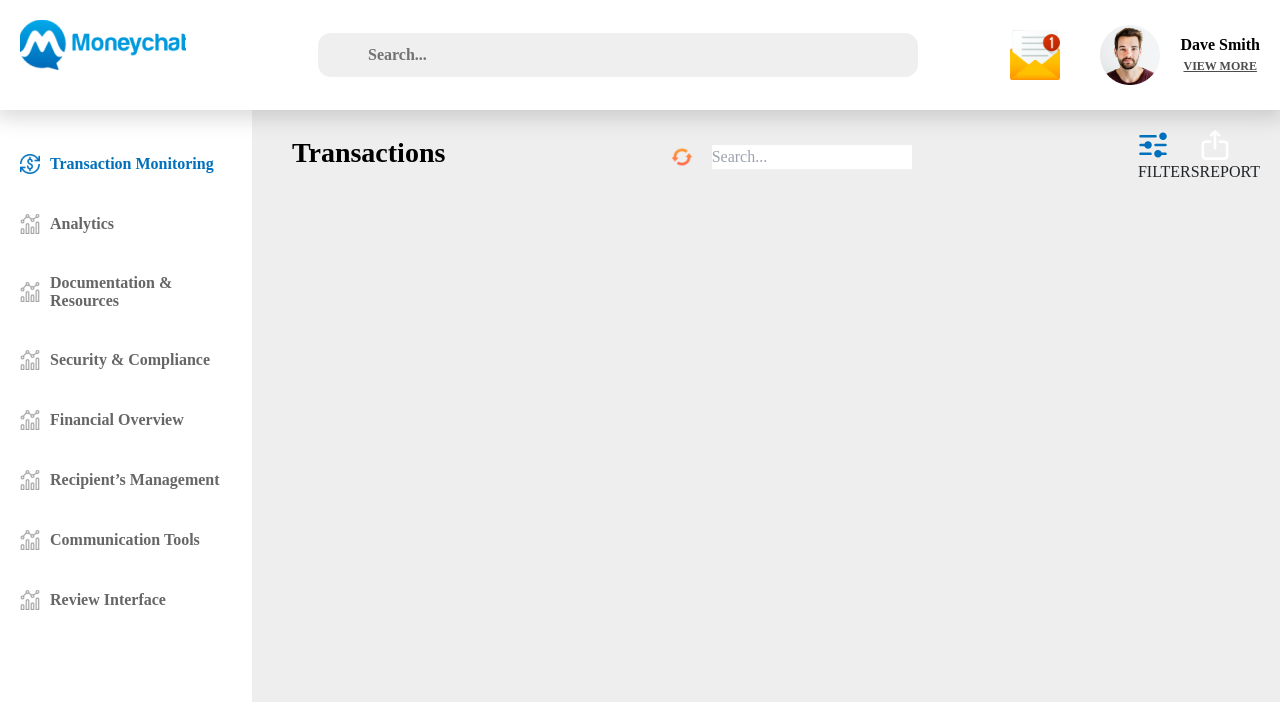
Repository: FlyweisReact/Money-Chat
Page: /transaction
These files come from the project's save history. The page is drawn as it stood at one moment and after the next save; the edit follows.
The browser window is 1280 px wide. The pictures show the whole page.
The project was rebuilt for these pictures with package versions that can differ from the ones it lists, and the page was loaded fresh each time. Also part of the build but not shown: src/forms/ForgetPassword.js, src/forms/Login.jsx, src/forms/NeedHelp.js, src/forms/Regestration.js, src/forms/Verify.js.

Above is the page before, as saved 2023-11-30 15:32:22.

After the next save:
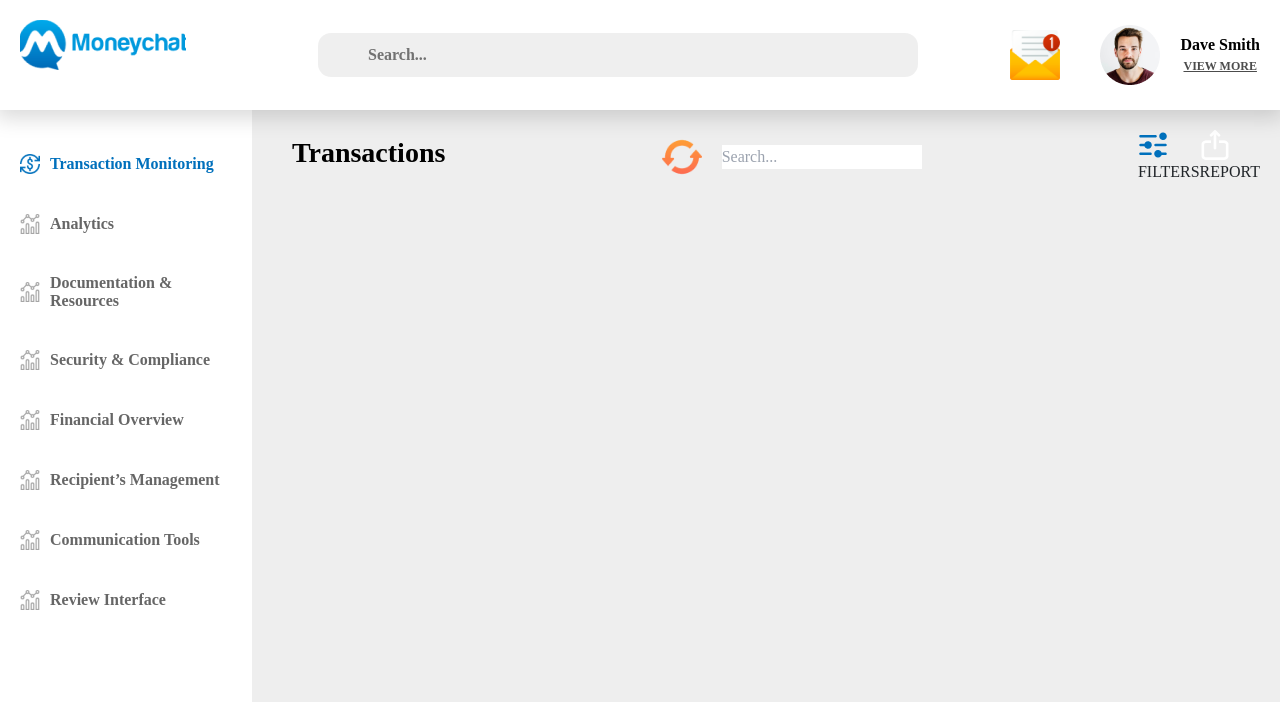
Saved 4 s later.
--- a/src/CSS/style.css
+++ b/src/CSS/style.css
@@ -475,5 +475,5 @@
 }
 
 .Heading_all .search  img {
-  width: 20px;
-}
+  width: 40px;
+}
